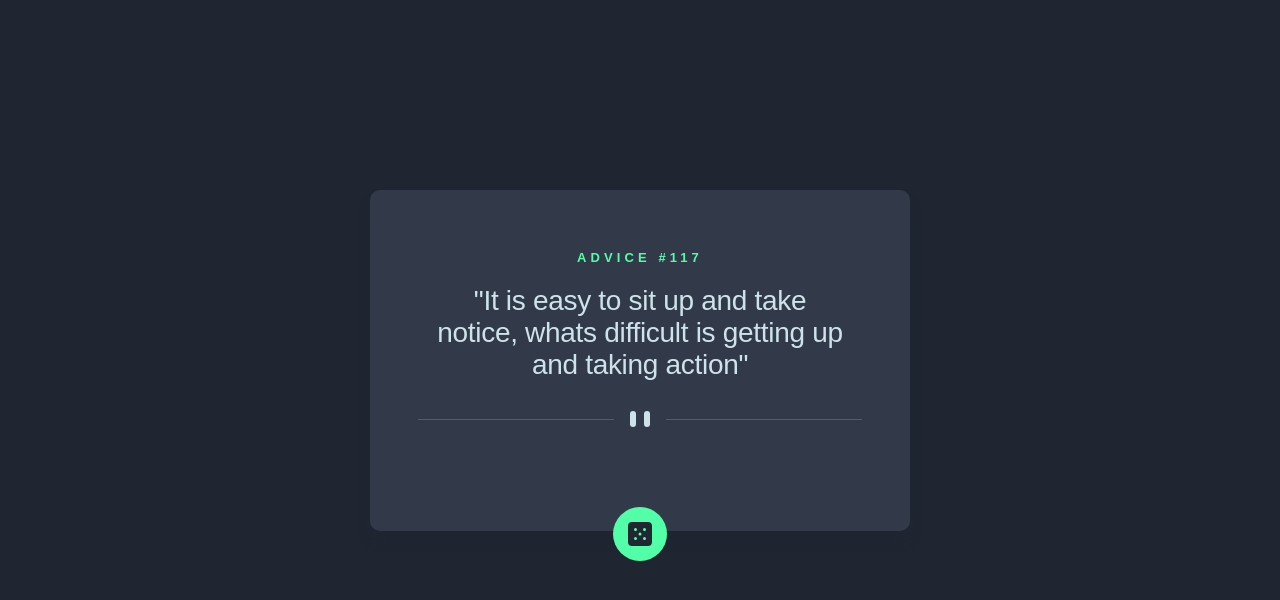
Repository: Arkitecth/advice-generator
Page: index.html
An editor plug-in stored every save of this project. The page is shown before and after the next save, followed by the edit.
The browser window is 1280 px wide. The pictures show the whole page.

Above is the page before, as saved 2023-07-12 18:18:50.

After the next save:
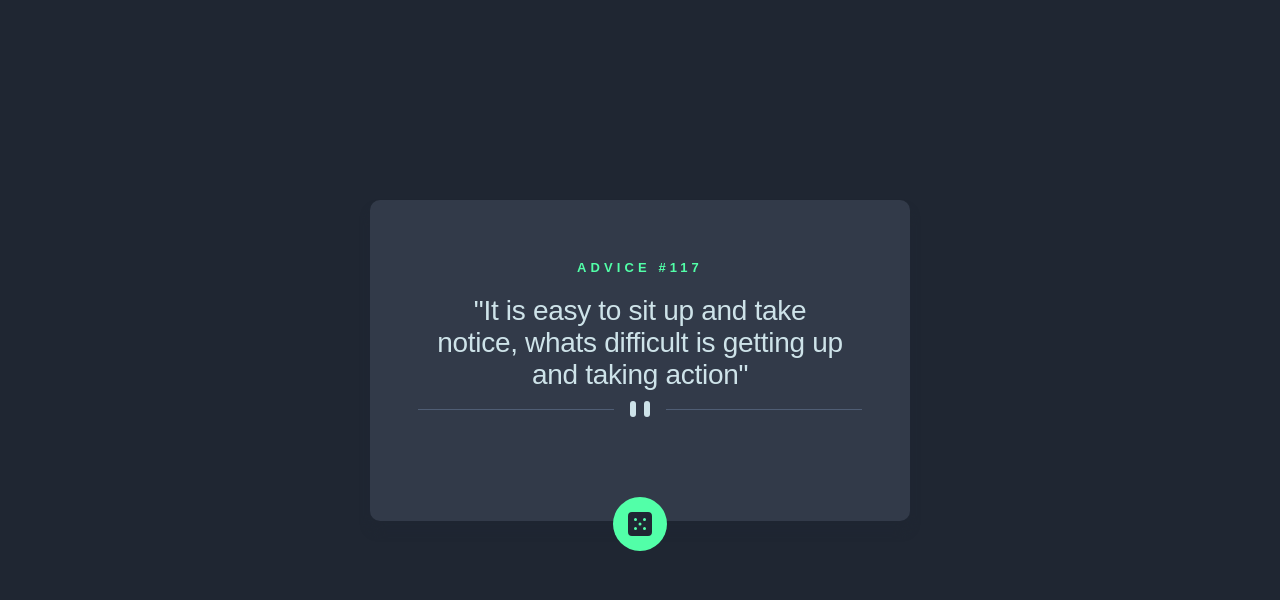
Saved 6 s later.
--- a/style.css
+++ b/style.css
@@ -52,11 +52,6 @@
     padding: 10px;
 }
 
-
-.pattern-divider {
-    padding-top: 20px;
-}
-
 .container div {
     display: flex;
     transform: translateY(80px);

After the save that followed:
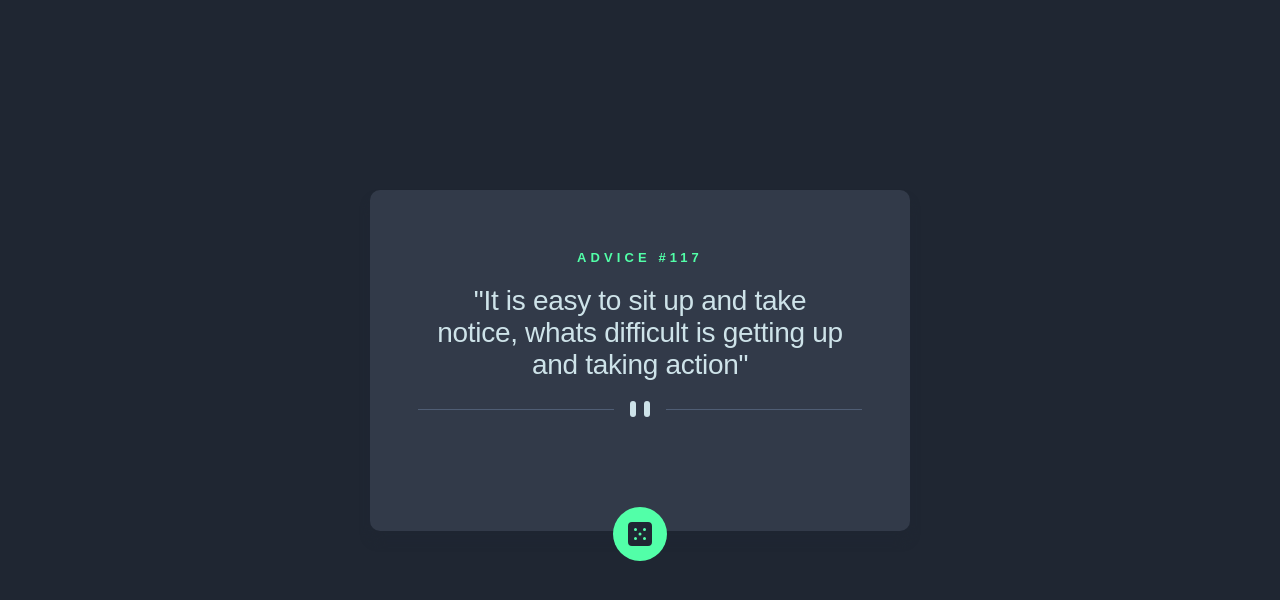
Saved 22 s later.
--- a/style.css
+++ b/style.css
@@ -52,6 +52,11 @@
     padding: 10px;
 }
 
+
+.pattern-divider {
+    padding: 10px;
+}
+
 .container div {
     display: flex;
     transform: translateY(80px);
